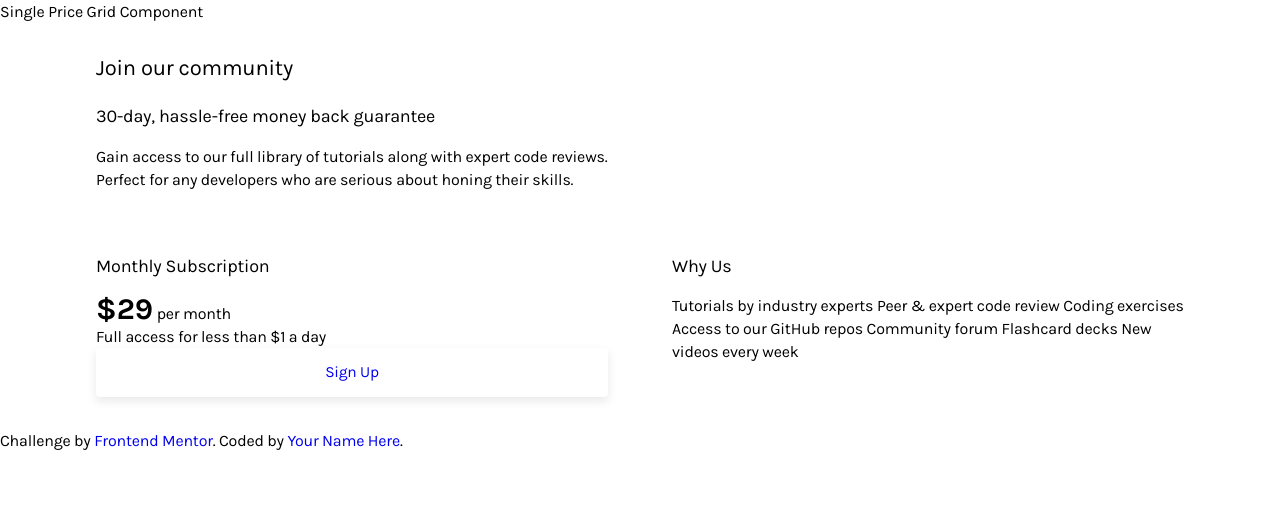
Repository: bangjuyoung/bangjuyoung
Page: practice/frontend-mentor/single-price-grid-component/index.html
These files come from the project's save history. The page is drawn as it stood at one moment and after the next save; the edit follows.
The browser window is 1280 px wide. The pictures show the whole page.

Above is the page before, as saved 2019-06-16 13:29:25.

After the next save:
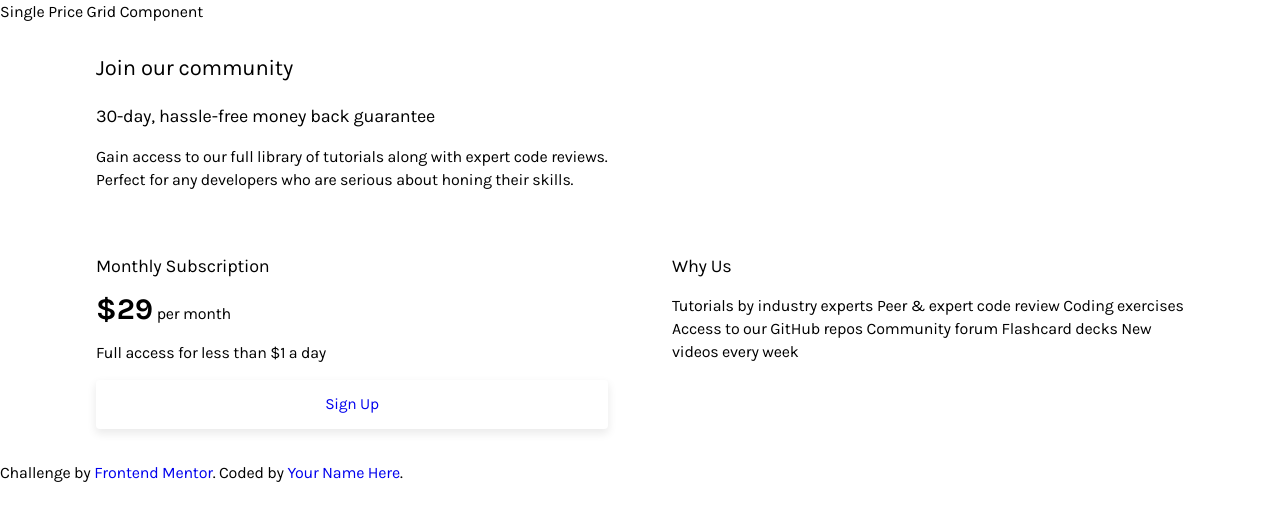
Saved 9 s later.
--- a/practice/frontend-mentor/single-price-grid-component/index.html
+++ b/practice/frontend-mentor/single-price-grid-component/index.html
@@ -29,8 +29,8 @@
         <section class="single-price">
           <div class="single-price__body">
             <h3 class="single-price__subtitle">Monthly Subscription</h3>
-            <p><strong class="single-price__display1">&dollar;29</strong> per month</p>
-            <p>Full access for less than &dollar;1 a day</p>
+            <p class="single-price__divider"><strong class="single-price__display1">&dollar;29</strong> per month</p>
+            <p class="single-price__divider">Full access for less than &dollar;1 a day</p>
             <div class="single-price__divider">
               <a href="/" class="btn btn-secondary btn-block btn--float">Sign Up</a>
             </div>
